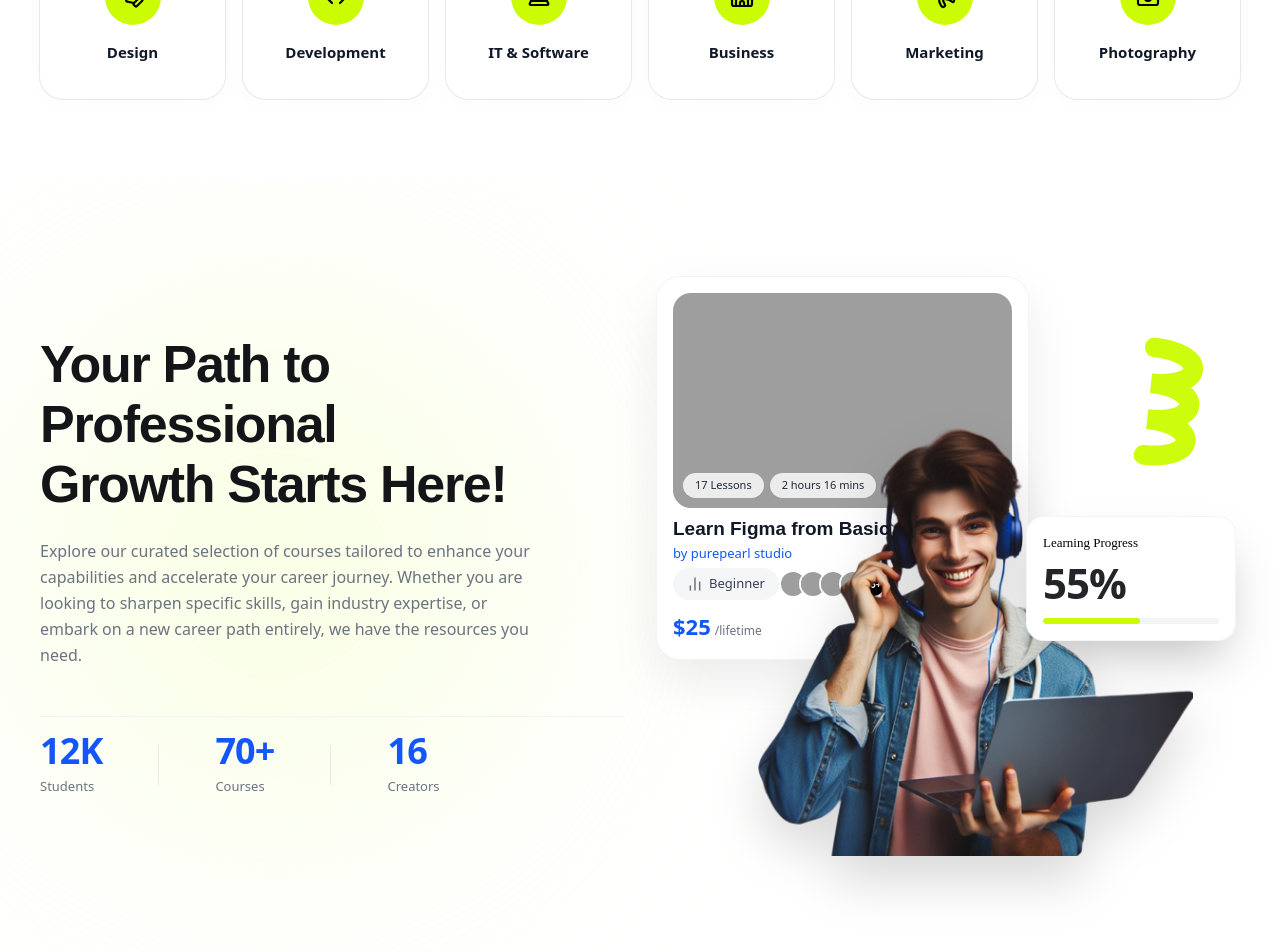
Repository: mdkawsarjomadder/bytespace
Page: /
The author's editor kept a copy of each file at every save. The page is drawn from the files as they stood at one save, then again after the next save.
The browser window is 1280 px wide. The pictures show the part of the page from y = 2967 to 3919 px (the page is 3919 px tall).
Pictures or frames that could not be fetched are drawn as grey boxes. Some web fonts or font styles are not loaded; a fallback is used. The project was rebuilt for these pictures with package versions that can differ from the ones it lists, and the page was loaded fresh each time. Also part of the build but not shown: vite.config.js.

Above is the page before, as saved 2026-09-30 00:10:17.

### index.html
<!doctype html>
<html lang="en">
  <head>
    <meta charset="UTF-8" />
    <link rel="icon" type="image/svg+xml" href="/favicon.svg" />
    <meta name="viewport" content="width=device-width, initial-scale=1.0" />
    <title>bytespace</title>
  </head>
  <body>
    <div id="root"></div>
    <script type="module" src="/src/main.jsx"></script>
    <link href="https://api.fontshare.com/v2/css?f[]=satoshi@400,500,700&display=swap" rel="stylesheet">
  </body>
</html>

### src/App.jsx
import React from 'react';
import Navbar from './components/Navbar';
import Hero from './components/Hero';
import CategoryPills from './components/CategoryPills';
import CourseGrid from './components/CourseGrid';
import LearningPaths from './components/LearningPaths';
import GrowthStats from './components/GrowthStats';

function App() {
  return (
    <div className="min-h-screen bg-gray-50 font-sans">
      <Navbar />
      <Hero />
      < CategoryPills/>
      < CourseGrid/>
      < LearningPaths/>
      < GrowthStats/>
    </div>
  );
}

export default App;

### src/components/Navbar.jsx
import React from 'react';
import { ShoppingBag } from 'lucide-react';

const Navbar = () => {
  return (
    <header className="w-full h-[120px] bg-[#1456fd] border-b border-blue-400/20 pl-[122px] pr-16 flex items-center justify-between relative z-50">
      {/* 1. Brand Logo (Figma Specs: 171px x 37px) */}
      <div
        className="w-[171px] h-[37px] flex items-center gap-3 cursor-pointer select-none"
        style={{ opacity: 1 }}
      >
        {/* Play Icon Logo */}
        <div className="w-[37px] h-[37px] rounded-full bg-[#d2fb1b] flex items-center justify-center shrink-0">
          <svg
            className="w-4 h-4 text-black fill-current translate-x-0.5"
            viewBox="0 0 24 24"
          >
            <path d="M8 5v14l11-7z" />
          </svg>
        </div>
        {/* Logo Text */}
        <span className="text-[28px] font-bold tracking-tight text-white leading-none font-['Satoshi']">
          ByteSpace
        </span>
      </div>

      {/* 2. Navigation Links */}
      <nav className="hidden md:flex items-center gap-8 font-['Satoshi']">
        <a
          href="#home"
          className="text-[#F5F5F6] text-[16px] leading-[160%] font-normal hover:text-[#d2fb1b] transition-colors"
        >
          Home
        </a>
        <a
          href="#courses"
          className="w-[58px] h-[26px] flex items-center text-[#F5F5F6] text-[16px] leading-[160%] font-normal hover:text-[#d2fb1b] transition-colors"
          style={{ opacity: 1 }}
        >
          Courses
        </a>
        <a
          href="#creators"
          className="text-[#F5F5F6] text-[16px] leading-[160%] font-normal hover:text-[#d2fb1b] transition-colors"
        >
          Creators
        </a>
      </nav>

      {/* 3. Action Buttons & Cart */}
      <div className="flex items-center gap-6 font-['Satoshi']">
        <button
          className="w-[49px] h-[24px] flex items-center justify-center text-[#F5F5F6] text-[16px] leading-[24px] font-normal hover:text-white/80 transition-colors"
          style={{ opacity: 1 }}
        >
          Sign In
        </button>
        <button
          className="h-[24px] px-2 flex items-center justify-center text-[#F5F5F6] text-[16px] leading-[24px] font-normal hover:text-white/80 transition-colors"
          style={{ opacity: 1 }}
        >
          Join us
        </button>
        <button className="text-[#F5F5F6] hover:text-[#d2fb1b] transition-colors flex items-center justify-center ml-2">
          <ShoppingBag size={22} strokeWidth={2} />
        </button>
      </div>
    </header>
  );
};

export default Navbar;

### src/components/LearningPaths.jsx
import React from 'react';
import { PenTool, Code, Laptop, Building2, Megaphone, Camera } from 'lucide-react';

const paths = [
  { id: 1, name: 'Design', icon: PenTool },
  { id: 2, name: 'Development', icon: Code },
  { id: 3, name: 'IT & Software', icon: Laptop },
  { id: 4, name: 'Business', icon: Building2 },
  { id: 5, name: 'Marketing', icon: Megaphone },
  { id: 6, name: 'Photography', icon: Camera },
];

const LearningPaths = () => {
  return (
    <section className="w-full bg-white py-20 px-4 flex justify-center">
      <div className="w-full max-w-[1202px] flex flex-col items-center text-center">

        {/* Title */}
        <h2 className="text-3xl md:text-[44px] font-bold text-[#141518] tracking-tight leading-[1.2] font-['Satoshi',sans-serif]">
          Explore Diverse Learning Paths at Bytespace
        </h2>

        {/* Subtitle */}
        <p className="mt-4 text-sm md:text-[15px] text-gray-500 max-w-[760px] leading-relaxed font-normal">
          At Bytespace, we believe in empowering individuals through knowledge. Our diverse range of courses spans various fields, ensuring there's something for everyone. Unleash your potential and explore our carefully curated categories.
        </p>

        {/* Learning Path 6 Cards Row (Figma: 1202px x 167px) */}
        <div className="mt-14 w-full grid grid-cols-2 sm:grid-cols-3 lg:grid-cols-6 gap-4">
          {paths.map((item) => {
            const Icon = item.icon;
            return (
              <div
                key={item.id}
                className="h-[167px] bg-white rounded-[24px] border border-gray-200/90 hover:border-gray-300 shadow-[0_4px_20px_rgba(0,0,0,0.02)] hover:shadow-md transition-all duration-200 flex flex-col items-center justify-center gap-4 cursor-pointer group"
              >
                {/* Lime Circular Icon */}
                <div className="w-14 h-14 rounded-full bg-[#CBFC01] flex items-center justify-center transition-transform group-hover:scale-110">
                  <Icon className="w-6 h-6 text-black stroke-[2.2]" />
                </div>

                {/* Path Label */}
                <span className="text-[15px] font-bold text-gray-900 group-hover:text-[#1456fd] transition-colors">
                  {item.name}
                </span>
              </div>
            );
          })}
        </div>

      </div>
    </section>
  );
};

export default LearningPaths;

### src/components/GrowthStats.jsx
import React from 'react';
import { BarChart2 } from 'lucide-react';
import One1 from '../assets/01.png';

const GrowthStats = () => {
  return (
    <section className="relative w-full bg-white py-24 px-4 overflow-hidden flex justify-center">
      {/* Background Soft Glow on Left */}
      <div className="absolute left-0 top-1/2 -translate-y-1/2 w-[550px] h-[550px] bg-[#f2ffc2]/40 rounded-full blur-[120px] pointer-events-none" />

      <div className="w-full max-w-[1200px] grid grid-cols-1 lg:grid-cols-12 gap-12 lg:gap-8 items-center relative z-10">

        {/* ================= LEFT CONTENT AREA ================= */}
        <div className="lg:col-span-6 flex flex-col justify-center text-left">

          {/* Main Heading */}
          <h2 className="text-4xl md:text-[52px] font-bold text-[#141518] tracking-tight leading-[1.15] font-['Satoshi',sans-serif]">
            Your Path to Professional <br /> Growth Starts Here!
          </h2>

          {/* Subtitle Description */}
          <p className="mt-6 text-[15px] md:text-[16px] text-gray-500 leading-relaxed max-w-[500px]">
            Explore our curated selection of courses tailored to enhance your capabilities and accelerate your career journey. Whether you are looking to sharpen specific skills, gain industry expertise, or embark on a new career path entirely, we have the resources you need.
          </p>

          {/* 3 Counter Statistics */}
          <div className="mt-12 flex items-center gap-10 md:gap-14 pt-4 border-t border-gray-100">
            <div>
              <span className="text-3xl md:text-[36px] font-extrabold text-[#1456fd] block leading-none tracking-tight">
                12K
              </span>
              <span className="text-[13px] text-gray-500 font-medium mt-2 block">
                Students
              </span>
            </div>

            <div className="w-[1px] h-10 bg-gray-200" />

            <div>
              <span className="text-3xl md:text-[36px] font-extrabold text-[#1456fd] block leading-none tracking-tight">
                70+
              </span>
              <span className="text-[13px] text-gray-500 font-medium mt-2 block">
                Courses
              </span>
            </div>

            <div className="w-[1px] h-10 bg-gray-200" />

            <div>
              <span className="text-3xl md:text-[36px] font-extrabold text-[#1456fd] block leading-none tracking-tight">
                16
              </span>
              <span className="text-[13px] text-gray-500 font-medium mt-2 block">
                Creators
              </span>
            </div>
          </div>

        </div>

        {/* ================= RIGHT VISUAL COLLAGE ================= */}
        <div className="lg:col-span-6 flex justify-center lg:justify-end">
          <div className="relative w-full max-w-[620px] h-[580px] flex items-end justify-center">

            {/* Top Right Lime Spring */}
            <div className="absolute right-4 top-14 w-24 h-36 pointer-events-none hidden sm:block z-0 opacity-95 rotate-6">
              <svg viewBox="0 0 100 160" fill="none" className="w-full h-full stroke-[#CBFC01]" strokeWidth="22" strokeLinecap="round">
                <path d="M 20 20 C 80 20, 80 60, 20 60 C 80 60, 80 100, 20 100 C 80 100, 80 140, 20 140" />
              </svg>
            </div>

            {/* Back Left Miniature Course Card (Figma Exact: 373px x 384px) */}
            <div
              className="absolute left-0 top-0 z-10 bg-white rounded-[24px] p-4 shadow-[0_20px_50px_rgba(0,0,0,0.08)] border border-gray-100 hidden sm:flex flex-col justify-between"
              style={{ width: '373px', height: '384px' }}
            >
              {/* Image & Overlays */}
              <div className="relative w-full h-[215px] rounded-[18px] overflow-hidden bg-gray-100">
                <img
                  src="https://images.unsplash.com/photo-1581291518857-4e27b48ff24e?auto=format&fit=crop&w=600&q=80"
                  alt="Learn Figma from Basic"
                  className="w-full h-full object-cover"
                />

                {/* 3 Meta Badges */}
                <div className="absolute bottom-2.5 left-2.5 right-2 flex items-center gap-1.5 overflow-hidden">
                  <span className="bg-white/80 backdrop-blur-md text-[11px] font-medium text-gray-800 px-3 py-1 rounded-full shadow-sm shrink-0">
                    17 Lessons
                  </span>
                  <span className="bg-white/80 backdrop-blur-md text-[11px] font-medium text-gray-800 px-3 py-1 rounded-full shadow-sm shrink-0">
                    2 hours 16 mins
                  </span>
                  <span className="bg-white/80 backdrop-blur-md text-[11px] font-medium text-gray-800 px-3 py-1 rounded-full shadow-sm shrink-0">
                    59 Comments
                  </span>
                </div>
              </div>

              {/* Title & Author */}
              <div className="pt-2">
                <h4 className="text-[19px] font-bold text-gray-900 leading-snug font-['Satoshi',sans-serif]">
                  Learn Figma from Basic
                </h4>
                <p className="text-[13px] text-[#1456fd] font-medium mt-0.5">by purepearl studio</p>
              </div>

              {/* Level, Avatars Stack & Price */}
              <div className="pt-1 flex flex-col gap-2">
                <div className="flex items-center">
                  {/* Beginner Badge */}
                  <div className="flex items-center gap-1.5 bg-[#F4F5F7] px-3.5 py-1.5 rounded-full text-gray-700 text-[13px] font-medium shrink-0">
                    <BarChart2 className="w-4 h-4 text-gray-500 stroke-[2.2]" />
                    <span>Beginner</span>
                  </div>

                  {/* 4 Avatars + 26+ Black Badge */}
                  <div className="flex items-center -space-x-2 shrink-0">
                    {/* 1. Man with glasses */}
                    <img
                      src="https://images.unsplash.com/photo-1570295999919-56ceb5ecca61?auto=format&fit=crop&w=80&q=80"
                      alt="Student 1"
                      className="w-7 h-7 rounded-full border-2 border-white object-cover"
                    />
                    {/* 2. Curly blonde hair */}
                    <img
                      src="https://images.unsplash.com/photo-1534528741775-53994a69daeb?auto=format&fit=crop&w=80&q=80"
                      alt="Student 2"
                      className="w-7 h-7 rounded-full border-2 border-white object-cover"
                    />
                    {/* 3. Dark hair woman */}
                    <img
                      src="https://images.unsplash.com/photo-1494790108377-be9c29b29330?auto=format&fit=crop&w=80&q=80"
                      alt="Student 3"
                      className="w-7 h-7 rounded-full border-2 border-white object-cover"
                    />
                    {/* 4. Man in blue shirt */}
                    <img
                      src="https://images.unsplash.com/photo-1507003211169-0a1dd7228f2d?auto=format&fit=crop&w=80&q=80"
                      alt="Student 4"
                      className="w-7 h-7 rounded-full border-2 border-white object-cover"
                    />
                    {/* 5. Black Circle Badge 26+ */}
                    <div className="w-7 h-7 rounded-full bg-black border-2 border-white flex items-center justify-center text-[10px] font-bold text-white shadow-xs">
                      26+
                    </div>
                  </div>
                </div>

                {/* Price Display */}
                <div className="flex items-baseline gap-1 mt-0.5">
                  <span className="text-[22px] font-bold text-[#1456fd]">$25</span>
                  <span className="text-[12px] text-gray-500 font-normal">/lifetime</span>
                </div>
              </div>
            </div>

            {/* Main Student Center Image */}
            <img
              src={One1}
              alt="Student Working"
              className="w-[450px] md:w-[490px] h-auto object-contain relative z-20 pointer-events-none drop-shadow-2xl"
            />

            {/* Floating Learning Progress Card on Right */}
            <div
              className="absolute right-1 top-[240px] z-30 bg-white rounded-[18px] shadow-2xl border border-gray-100/90 flex flex-col justify-between"
              style={{
                width: '210px',
                height: '125px',
                padding: '16px',
              }}
            >
              <span className="font-['Satoshi'] font-medium text-[13px]  block">
                Learning Progress
              </span>

              <span className="font-semibold text-[42px] leading-none tracking-tight text-[#242528] flex items-center">
                55%
              </span>

              <div className="w-full bg-gray-100 h-1.5 rounded-full overflow-hidden mt-1">
                <div className="bg-[#CBFC01] h-full w-[55%] rounded-full" />
              </div>
            </div>

          </div>
        </div>

      </div>
    </section>
  );
};

export default GrowthStats;

Loaded but not shown: src/main.jsx (common file); src/index.css (common file); tailwind.config.js (common file); src/components/Hero.jsx (220 lines, source omitted); src/components/CourseGrid.jsx (160 lines, source omitted); src/components/CategoryPills.jsx (114 lines, source omitted)

After the next save:
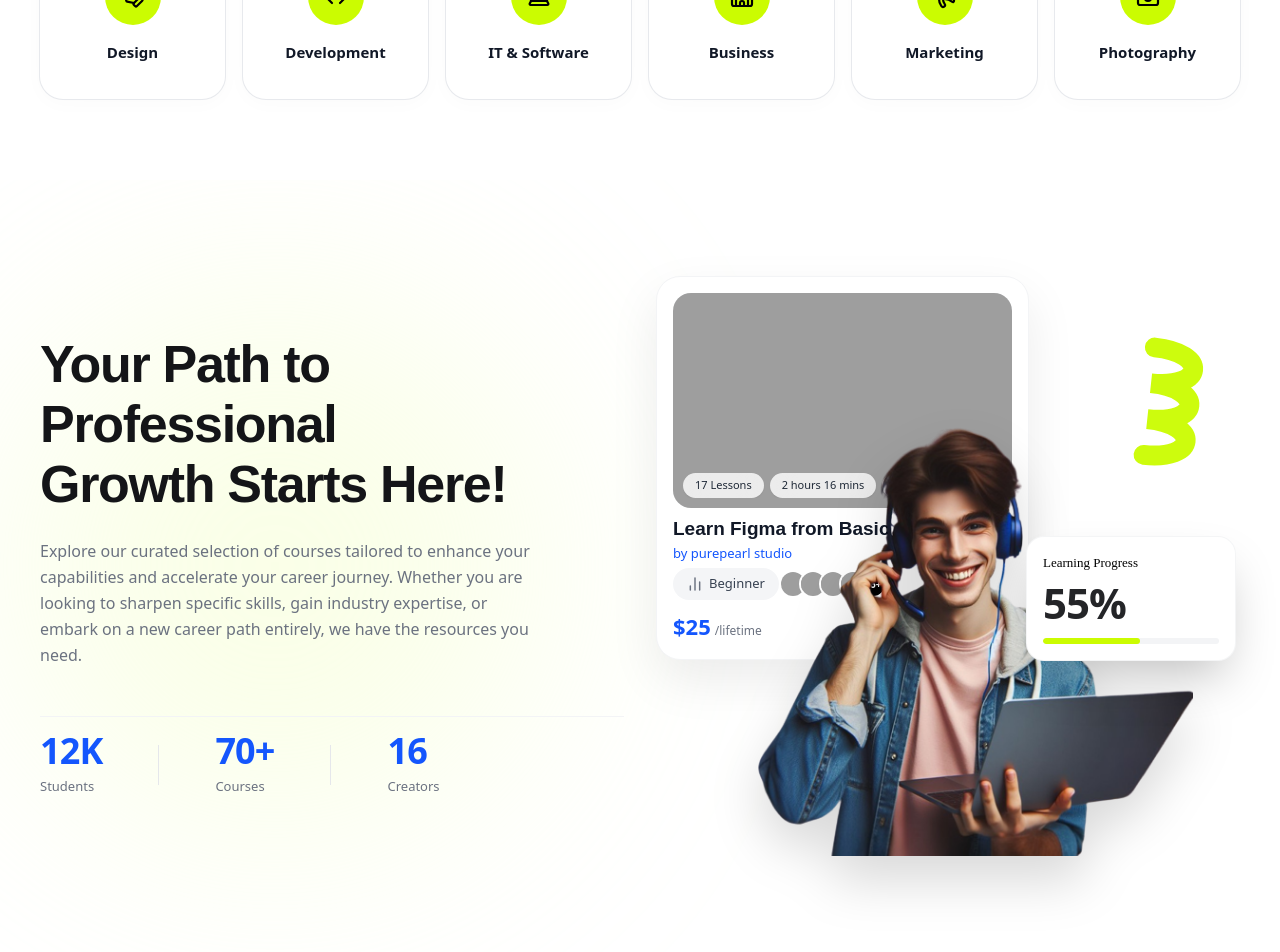
Saved 100 s later.
--- a/src/components/GrowthStats.jsx
+++ b/src/components/GrowthStats.jsx
@@ -164,7 +164,7 @@
 
             {/* Floating Learning Progress Card on Right */}
             <div
-              className="absolute right-1 top-[240px] z-30 bg-white rounded-[18px] shadow-2xl border border-gray-100/90 flex flex-col justify-between"
+              className="absolute right-1 top-[260px] z-30 bg-white rounded-[18px] shadow-2xl border border-gray-100/90 flex flex-col justify-between"
               style={{
                 width: '210px',
                 height: '125px',

After the save that followed:
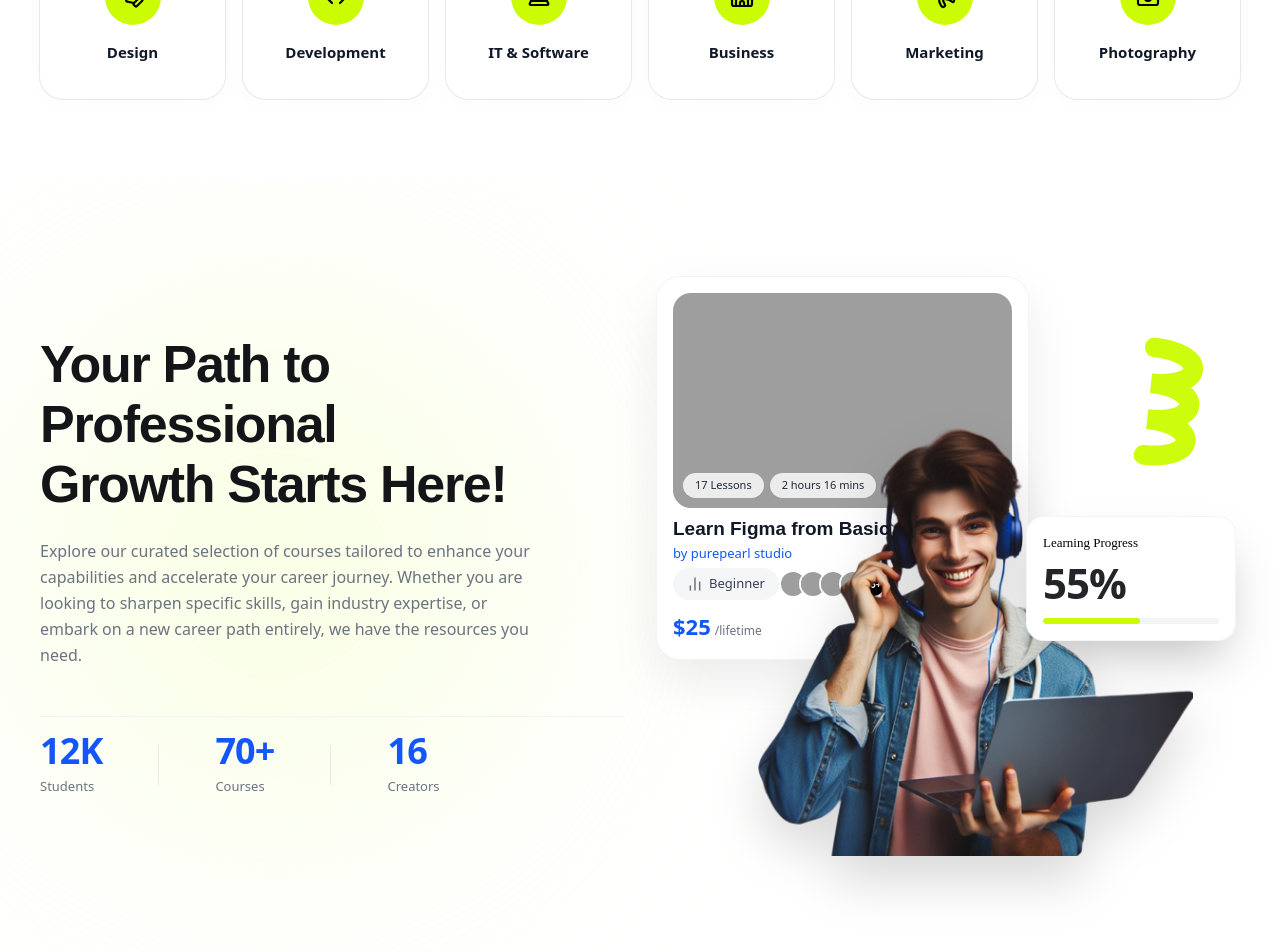
Saved 5 s later.
--- a/src/components/GrowthStats.jsx
+++ b/src/components/GrowthStats.jsx
@@ -164,7 +164,7 @@
 
             {/* Floating Learning Progress Card on Right */}
             <div
-              className="absolute right-1 top-[260px] z-30 bg-white rounded-[18px] shadow-2xl border border-gray-100/90 flex flex-col justify-between"
+              className="absolute right-1 top-[240px] z-30 bg-white rounded-[18px] shadow-2xl border border-gray-100/90 flex flex-col justify-between"
               style={{
                 width: '210px',
                 height: '125px',
